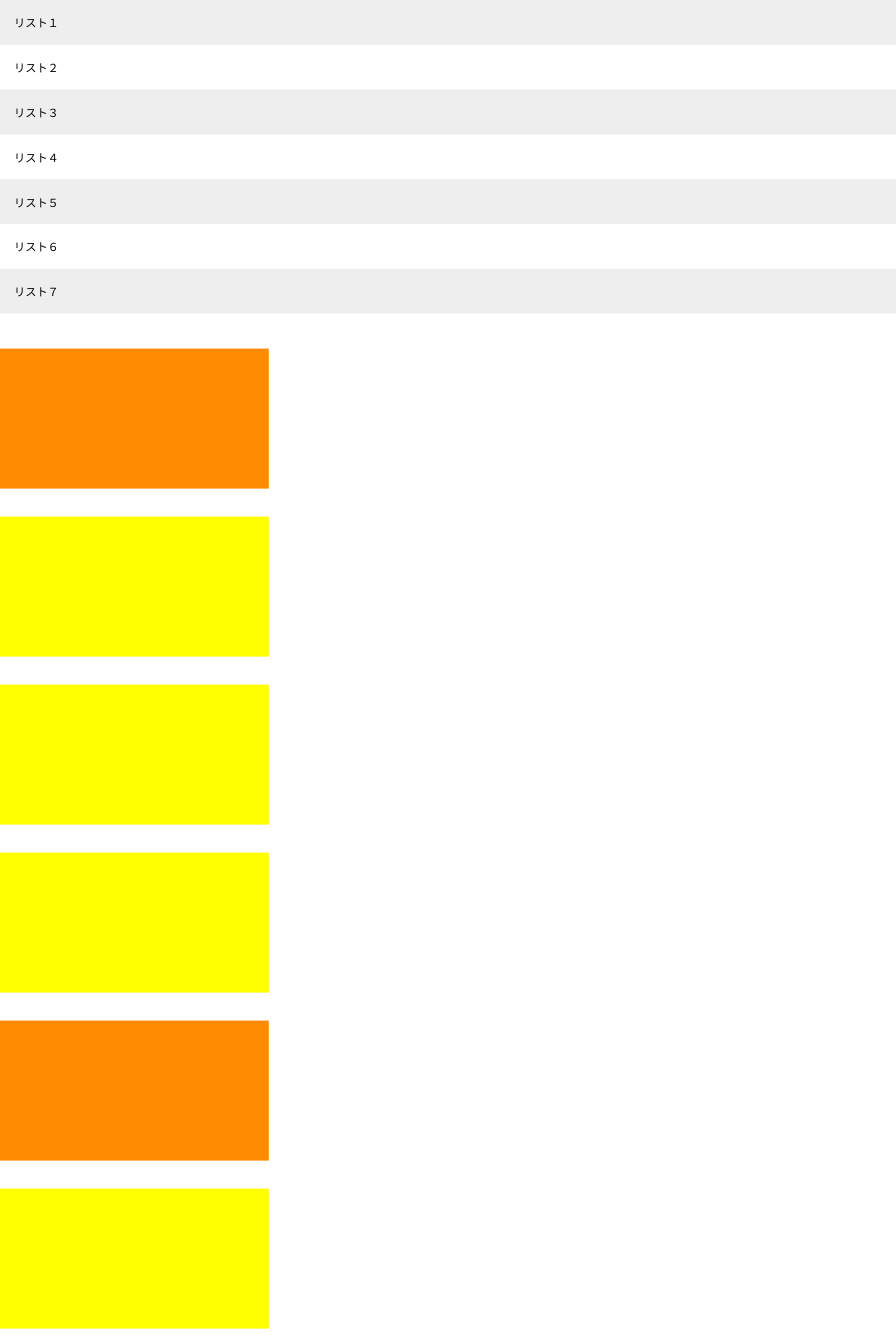
Repository: nosuyuki1002/git-practice2
Page: chapter8/8.html
The author's editor kept a record of every edit. The page is drawn from the files as they stood at one moment, then again after the next edit.
The browser window is 1280 px wide. The pictures show the part of the page from y = 0 to 1920 px (the page is 2658 px tall before and 738 px after), at 70% of full size.

Above is the page before.

After the next edit:
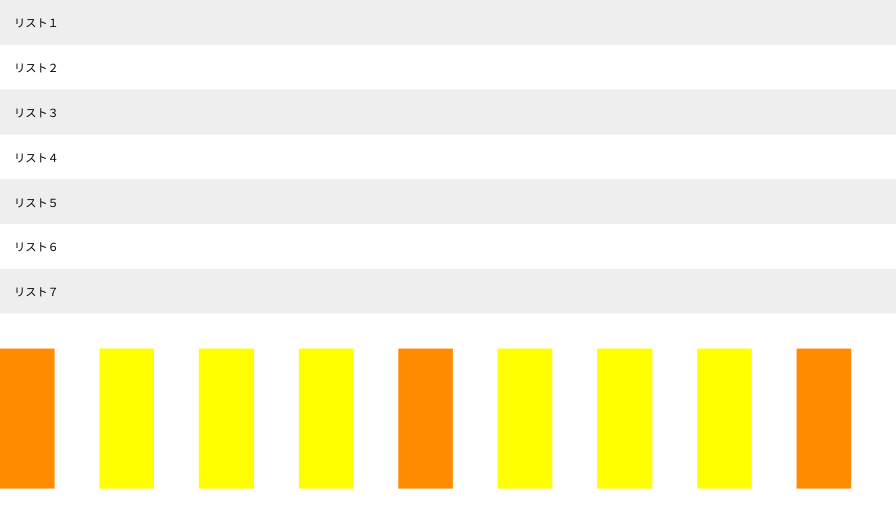
The edit:
--- a/chapter8/style.css
+++ b/chapter8/style.css
@@ -22,7 +22,7 @@
   background-color: #eee;
 }
 
-.main-comtent {
+.main-content {
   display: flex;
   flex-warp: wrap;
 }
